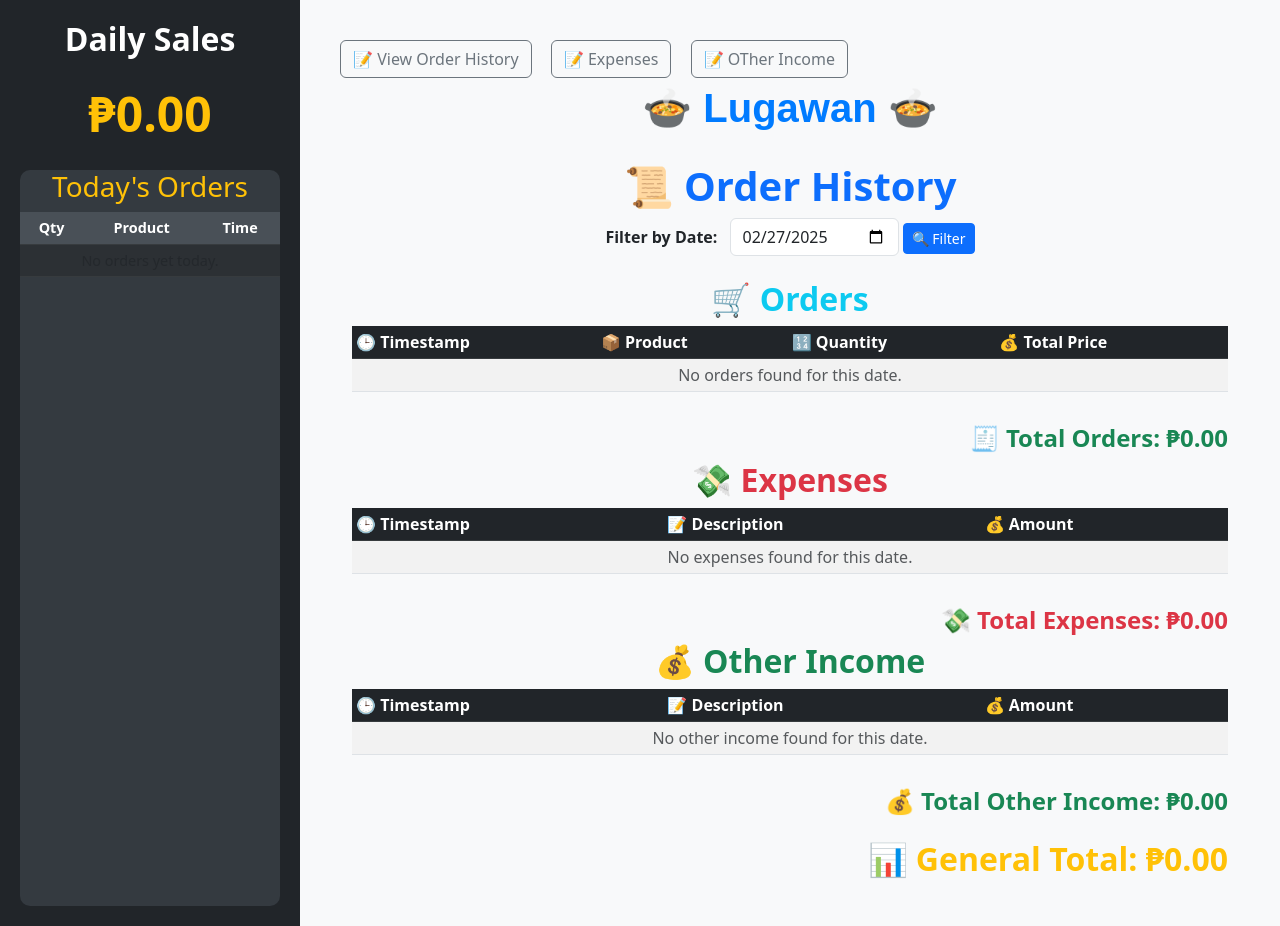
Repository: Jijiluzana225/lugawan_pitlane
Page: http://localhost/order-history/
The author's editor kept a copy of each file at every save. The page is drawn from the files as they stood at one save, then again after the next save.
The browser window is 1280 px wide. The pictures show the whole page.
The page is served by the project's application, run on Django 5.2 (manage.py). Other server files are loaded and not shown. Queries for data that is not in the repository find no rows.

Above is the page before, as saved 2025-03-07 09:25:50.

### pos/templates/pos/order_history.html
{% extends 'pos/base.html' %}

{% block title %}Order History - Lugaw Cafe{% endblock %}

{% block content %}
<div class="container mt-4">
    <h1 class="text-center text-primary fw-bold">📜 Order History</h1>

    <!-- Date Filter Form -->
    <form method="get" action="{% url 'order_history' %}" class="text-center mb-4">
        <label for="date" class="fw-bold me-2">Filter by Date:</label>
        <input type="date" name="date" id="date" value="{{ selected_date }}" class="form-control d-inline-block w-auto">
        <button type="submit" class="btn btn-primary btn-sm">🔍 Filter</button>
    </form>

    <!-- Orders Table -->
    <div class="table-responsive" style="max-height: 300px; overflow-y: auto;">
        <h2 class="text-center text-info fw-bold">🛒 Orders</h2>
        <table class="table table-striped table-hover table-sm">
            <thead class="table-dark position-sticky top-0">
                <tr>
                    <th>🕒 Timestamp</th>
                    <th>📦 Product</th>
                    <th>🔢 Quantity</th>
                    <th>💰 Total Price</th>
                </tr>
            </thead>
            <tbody>
                {% for order in orders %}
                    <tr>
                        <td>{{ order.datetimestamp|date:"Y-m-d H:i:s" }}</td>
                        <td>{{ order.product.name }}</td>
                        <td>{{ order.quantity }}</td>
                        <td>₱{{ order.total_price|floatformat:2 }}</td>
                    </tr>
                {% empty %}
                    <tr>
                        <td colspan="4" class="text-center text-muted">No orders found for this date.</td>
                    </tr>
                {% endfor %}
            </tbody>
        </table>
    </div>

    <div class="text-end mt-3">
        <h4 class="text-success fw-bold">🧾 Total Orders: ₱{{ total_orders|floatformat:2 }}</h4>
    </div>

    <!-- Expenses Table -->
    <div class="table-responsive" style="max-height: 300px; overflow-y: auto;">
        <h2 class="text-center text-danger fw-bold">💸 Expenses</h2>
        <table class="table table-striped table-hover table-sm">
            <thead class="table-dark position-sticky top-0">
                <tr>
                    <th>🕒 Timestamp</th>
                    <th>📝 Description</th>
                    <th>💰 Amount</th>
                </tr>
            </thead>
            <tbody>
                {% for expense in expenses %}
                    <tr>
                        <td>{{ expense.datetimestamp|date:"Y-m-d H:i:s" }}</td>
                        <td>{{ expense.description }}</td>
                        <td>₱{{ expense.amount|floatformat:2 }}</td>
                    </tr>
                {% empty %}
                    <tr>
                        <td colspan="3" class="text-center text-muted">No expenses found for this date.</td>
                    </tr>
                {% endfor %}
            </tbody>
        </table>
    </div>

    <div class="text-end mt-3">
        <h4 class="text-danger fw-bold">💸 Total Expenses: ₱{{ total_expenses|floatformat:2 }}</h4>
    </div>

    <!-- Other Income Table -->
    <div class="table-responsive" style="max-height: 300px; overflow-y: auto;">
        <h2 class="text-center text-success fw-bold">💰 Other Income</h2>
        <table class="table table-striped table-hover table-sm">
            <thead class="table-dark position-sticky top-0">
                <tr>
                    <th>🕒 Timestamp</th>
                    <th>📝 Description</th>
                    <th>💰 Amount</th>
                </tr>
            </thead>
            <tbody>
                {% for income in other_income %}
                    <tr>
                        <td>{{ income.datetimestamp|date:"Y-m-d H:i:s" }}</td>
                        <td>{{ income.description }}</td>
                        <td>₱{{ income.amount|floatformat:2 }}</td>
                    </tr>
                {% empty %}
                    <tr>
                        <td colspan="3" class="text-center text-muted">No other income found for this date.</td>
                    </tr>
                {% endfor %}
            </tbody>
        </table>
    </div>

    <div class="text-end mt-3">
        <h4 class="text-success fw-bold">💰 Total Other Income: ₱{{ total_other_income|floatformat:2 }}</h4>
    </div>

    <!-- General Total Section -->
    <div class="text-end mt-4">
        <h2 class="text-warning fw-bold">📊 General Total: ₱{{ general_total|floatformat:2 }}</h2>
    </div>
</div>
{% endblock %}

### pos/templates/pos/base.html
<!DOCTYPE html>
<html lang="en">
<head>
    <meta charset="UTF-8">
    <meta name="viewport" content="width=device-width, initial-scale=1.0">
    <title>{% block title %}Lugaw Cafe POS{% endblock %}</title>

    <!-- Bootstrap CSS -->
    <link href="https://cdnjs.cloudflare.com/ajax/libs/bootstrap/5.3.0/css/bootstrap.min.css" rel="stylesheet">

    <style>
        /* General Styles */
        body {
            display: flex;
            min-height: 100vh;
            background-color: #f8f9fa;
            flex-direction: column;
        }

        /* Sidebar Styles */
        .sidebar {
            width: 100%;
            max-width: 320px;
            background: #212529;
            color: #fff;
            padding: 20px;
            display: flex;
            flex-direction: column;
        }

        .sidebar h2 {
            font-size: 2rem;
            text-align: center;
            margin-bottom: 20px;
            font-weight: bold;
        }

        .total-orders {
            font-size: 3rem;
            font-weight: bold;
            color: #ffc107;
            text-align: center;
        }

        /* Orders Table Styles */
        .orders-table {
            margin-top: 20px;
            background: #343a40;
            border-radius: 10px;
            padding: 0;
            overflow: hidden;
            display: flex;
            flex-direction: column;
            flex-grow: 1;
        }

        .scrollable-table {
            overflow-y: auto;
            flex-grow: 1;
            max-height: calc(100vh - 300px); /* Leaves room for header & total */
            margin-bottom: 20px;
        }

        .scrollable-table table {
            width: 100%;
            font-size: 0.9rem;
        }

        .scrollable-table th,
        .scrollable-table td {
            text-align: center;
            padding: 5px;
        }

        .scrollable-table thead th {
            position: sticky;
            top: 0;
            background: #495057;
            z-index: 1;
        }

        /* Main Content Styles */
        .main-content {
            flex: 1;
            padding: 20px;
        }

        nav a {
            margin-right: 15px;
            text-decoration: none;
            color: #212529;
            font-weight: bold;
        }

        .header-link {
            font-size: 2.5rem;
            font-family: 'Arial', sans-serif;
            color: #007bff;
            text-decoration: none;
            text-align: center;
            display: block;
            font-weight: bold;
        }

        /* Catalog & Product Styles */
        .catalog {
            display: flex;
            flex-wrap: wrap;
            gap: 20px;
            justify-content: center;
        }

        .product {
            border: 1px solid #ccc;
            padding: 15px;
            width: 200px;
            text-align: center;
            background-color: #ffffff;
            border-radius: 12px;
            box-shadow: 0 4px 12px rgba(0, 0, 0, 0.1);
            transition: transform 0.2s ease-in-out, box-shadow 0.2s ease-in-out;
        }

        .product:hover {
            transform: scale(1.05);
            box-shadow: 0 8px 16px rgba(0, 0, 0, 0.15);
        }

        .product h3 {
            margin: 0;
            font-size: 1.2rem;
            color: #212529;
        }

        .product p {
            margin: 5px 0;
        }

        .btn-add {
            background-color: #28a745;
            color: white;
            border: none;
            padding: 8px 12px;
            border-radius: 8px;
            transition: background-color 0.2s ease-in-out;
        }

        .btn-add:hover {
            background-color: #218838;
        }

        /* Responsive Design for Tablet Screens */
        @media (min-width: 768px) {
            body {
                flex-direction: row;
            }

            .sidebar {
                width: 300px;
            }

            .main-content {
                padding: 40px;
            }
        }
    </style>
</head>
<body>

    <!-- Sidebar with total orders and order table -->
    <div class="sidebar">
        <h2>Daily Sales</h2>
        <div class="total-orders">
            ₱{{ total_sales|default:"0.00" }}
        </div>

        <div class="orders-table">
            <h3 class="text-center text-warning">Today's Orders</h3>

            <div class="scrollable-table">
                <table class="table table-dark table-striped">
                    <thead>
                        <tr>
                            <th>Qty</th>
                            <th>Product</th>
                            <th>Time</th>
                        </tr>
                    </thead>
                    <tbody>
                        {% for order in todays_orders %}
                            <tr>
                                <td>{{ order.quantity }}</td>
                                <td>{{ order.product.name }}</td>
                                <td>{{ order.datetimestamp|time:"h:i A" }}</td>
                            </tr>
                        {% empty %}
                            <tr>
                                <td colspan="3" class="text-center text-muted">No orders yet today.</td>
                            </tr>
                        {% endfor %}
                    </tbody>
                </table>
            </div>
        </div>
    </div>

    <!-- Main Content Area -->
    <div class="main-content">
        <nav>
            <a href="{% url 'order_history' %}" class="btn btn-outline-secondary">📝 View Order History</a>
            <a href="{% url 'expense_list' %}" class="btn btn-outline-secondary ">📝 Expenses</a>
            <a href="{% url 'other_income_list' %}" class="btn btn-outline-secondary ">📝 OTher Income</a>
        </nav>

        <a href="{% url 'catalog' %}" class="header-link">🍲 Lugawan 🍲</a>

        {% block content %}{% endblock %}
    </div>

</body>
</html>

### pos/views.py

from django.shortcuts import render
from django.db.models import Sum, F
from django.utils.timezone import activate, localtime, now
from datetime import date
from .models import Product, OrderItem, Category

def catalog(request):
    # Set timezone to Philippines
    activate('Asia/Manila')

    # Get today's date in local timezone
    local_now = localtime(now())
    local_today = local_now.date()

    # Calculate total sales for the day from OrderItem model
    total_sales = OrderItem.objects.filter(
        datetimestamp__date=local_today
    ).annotate(
        total_price=F('product__price') * F('quantity')  # Calculate total price per item
    ).aggregate(
        total=Sum('total_price')
    )['total'] or 0

    # Fetch categories
    categories = Category.objects.prefetch_related('product_set').all()

    # Fetch today's orders, ensuring timestamps are converted to local time
    todays_orders = OrderItem.objects.filter(
        datetimestamp__date=local_today
    ).select_related('product').order_by('-datetimestamp')

    return render(request, 'pos/catalog.html', {
        'categories': categories,
        'total_sales': total_sales,
        'todays_orders': todays_orders
    })

from django.shortcuts import redirect, get_object_or_404
from django.utils.timezone import now
from .models import Product, OrderItem

def add_to_order(request):
    if request.method == 'POST':
        product_id = request.POST.get('product_id')
        quantity = int(request.POST.get('quantity', 1))  # Get quantity, default to 1 if missing
        product = get_object_or_404(Product, id=product_id)

        # Always create a new OrderItem record with the provided quantity
        OrderItem.objects.create(
            product=product,
            quantity=quantity,
            datetimestamp=now()
        )

    return redirect('catalog')


from django.shortcuts import render
from django.db.models import Sum, F
from django.utils.timezone import now
from datetime import date
from .models import Product, OrderItem

def menu(request):
    categories = Product.objects.select_related('category').all()

    # Calculate total sales for the day from OrderItem model
    today = date.today()
    total_sales = OrderItem.objects.filter(
        datetimestamp__date=today
    ).annotate(
        total_price=F('product__price') * F('quantity')  # Calculate total price per item
    ).aggregate(
        total=Sum('total_price')
    )['total'] or 0

    return render(request, 'pos/catalog.html', {
        'categories': categories,
        'total_sales': total_sales
    })
from django.shortcuts import render
from django.utils.timezone import localtime, now
from datetime import date
from .models import OrderItem, Expense, OtherIncome
from django.db.models import Sum, F

def order_history(request):
    selected_date = request.GET.get('date', str(date.today()))

    # Orders
    orders = OrderItem.objects.filter(datetimestamp__date=selected_date).select_related('product')
    total_orders = orders.annotate(total_price=F('product__price') * F('quantity')).aggregate(total=Sum('total_price'))['total'] or 0

    # Expenses
    expenses = Expense.objects.filter(datetimestamp__date=selected_date)
    total_expenses = expenses.aggregate(total=Sum('amount'))['total'] or 0

    # Other Income
    other_income = OtherIncome.objects.filter(datetimestamp__date=selected_date)
    total_other_income = other_income.aggregate(total=Sum('amount'))['total'] or 0

    # General Total (Orders + Other Income - Expenses)
    general_total = (total_orders + total_other_income) - total_expenses

    context = {
        'orders': orders,
        'total_orders': total_orders,
        'expenses': expenses,
        'total_expenses': total_expenses,
        'other_income': other_income,
        'total_other_income': total_other_income,
        'general_total': general_total,
        'selected_date': selected_date,
    }

    return render(request, 'pos/order_history.html', context)



from django.shortcuts import render
from .models import Expense, OtherIncome
from django.utils.timezone import localtime, now


# def expense_list(request):
#     local_now = localtime(now())
#     expenses = Expense.objects.all().order_by('-datetimestamp')
#     return render(request, 'pos/expenses.html', {'expenses': expenses, 'current_time': local_now})


# def other_income_list(request):
#     local_now = localtime(now())
#     other_income = OtherIncome.objects.all().order_by('-datetimestamp')
#     return render(request, 'pos/other_income.html', {'other_income': other_income, 'current_time': local_now})


from django.shortcuts import render, redirect, get_object_or_404
from .models import Expense
from .forms import ExpenseForm
from django.utils.timezone import localtime, now


def expense_list(request):
    local_now = localtime(now())
    expenses = Expense.objects.all().order_by('-datetimestamp')
    return render(request, 'pos/expenses.html', {'expenses': expenses, 'current_time': local_now})


def add_expense(request):
    if request.method == 'POST':
        form = ExpenseForm(request.POST)
        if form.is_valid():
            form.save()
            return redirect('expense_list')
    else:
        form = ExpenseForm()
    return render(request, 'pos/expense_form.html', {'form': form})


def edit_expense(request, expense_id):
    expense = get_object_or_404(Expense, id=expense_id)
    if request.method == 'POST':
        form = ExpenseForm(request.POST, instance=expense)
        if form.is_valid():
            form.save()
            return redirect('expense_list')
    else:
        form = ExpenseForm(instance=expense)
    return render(request, 'pos/expense_form.html', {'form': form})


def delete_expense(request, expense_id):
    expense = get_object_or_404(Expense, id=expense_id)
    if request.method == 'POST':
        expense.delete()
        return redirect('expense_list')


from django.shortcuts import render, redirect, get_object_or_404
from .models import Expense, OtherIncome
from .forms import ExpenseForm, OtherIncomeForm
from django.utils.timezone import localtime, now


# Other Income Views
def other_income_list(request):
    local_now = localtime(now())
    other_income = OtherIncome.objects.all().order_by('-datetimestamp')
    return render(request, 'pos/other_income.html', {'other_income': other_income, 'current_time': local_now})


def add_other_income(request):
    if request.method == 'POST':
        form = OtherIncomeForm(request.POST)
        if form.is_valid():
            form.save()
            return redirect('other_income_list')
    else:
        form = OtherIncomeForm()
    return render(request, 'pos/other_income_form.html', {'form': form})


def edit_other_income(request, income_id):
    income = get_object_or_404(OtherIncome, id=income_id)
    if request.method == 'POST':
        form = OtherIncomeForm(request.POST, instance=income)
        if form.is_valid():
            form.save()
            return redirect('other_income_list')
    else:
        form = OtherIncomeForm(instance=income)
    return render(request, 'pos/other_income_form.html', {'form': form})


def delete_other_income(request, income_id):
    income = get_object_or_404(OtherIncome, id=income_id)
    if request.method == 'POST':
        income.delete()
        return redirect('other_income_list')

### lugaw_pos/urls.py
from django.contrib import admin
from django.urls import path, include

urlpatterns = [
    path('admin/', admin.site.urls),
    path('', include('pos.urls')),
]

### pos/urls.py
from django.urls import path
from . import views

urlpatterns = [
    path('menu/', views.menu, name='menu'),

    path('', views.catalog, name='catalog'),  # New catalog page
    path('add-to-order/', views.add_to_order, name='add_to_order'),  # New URL for adding to order
    path('order-history/', views.order_history, name='order_history'),

    path('expenses/', views.expense_list, name='expense_list'),
    path('expenses/add/', views.add_expense, name='add_expense'),
    path('expenses/edit/<int:expense_id>/', views.edit_expense, name='edit_expense'),
    path('expenses/delete/<int:expense_id>/', views.delete_expense, name='delete_expense'),

    path('other-income/', views.other_income_list, name='other_income_list'),
    path('other-income/add/', views.add_other_income, name='add_other_income'),
    path('other-income/edit/<int:income_id>/', views.edit_other_income, name='edit_other_income'),
    path('other-income/delete/<int:income_id>/', views.delete_other_income, name='delete_other_income'),

]

After the next save:
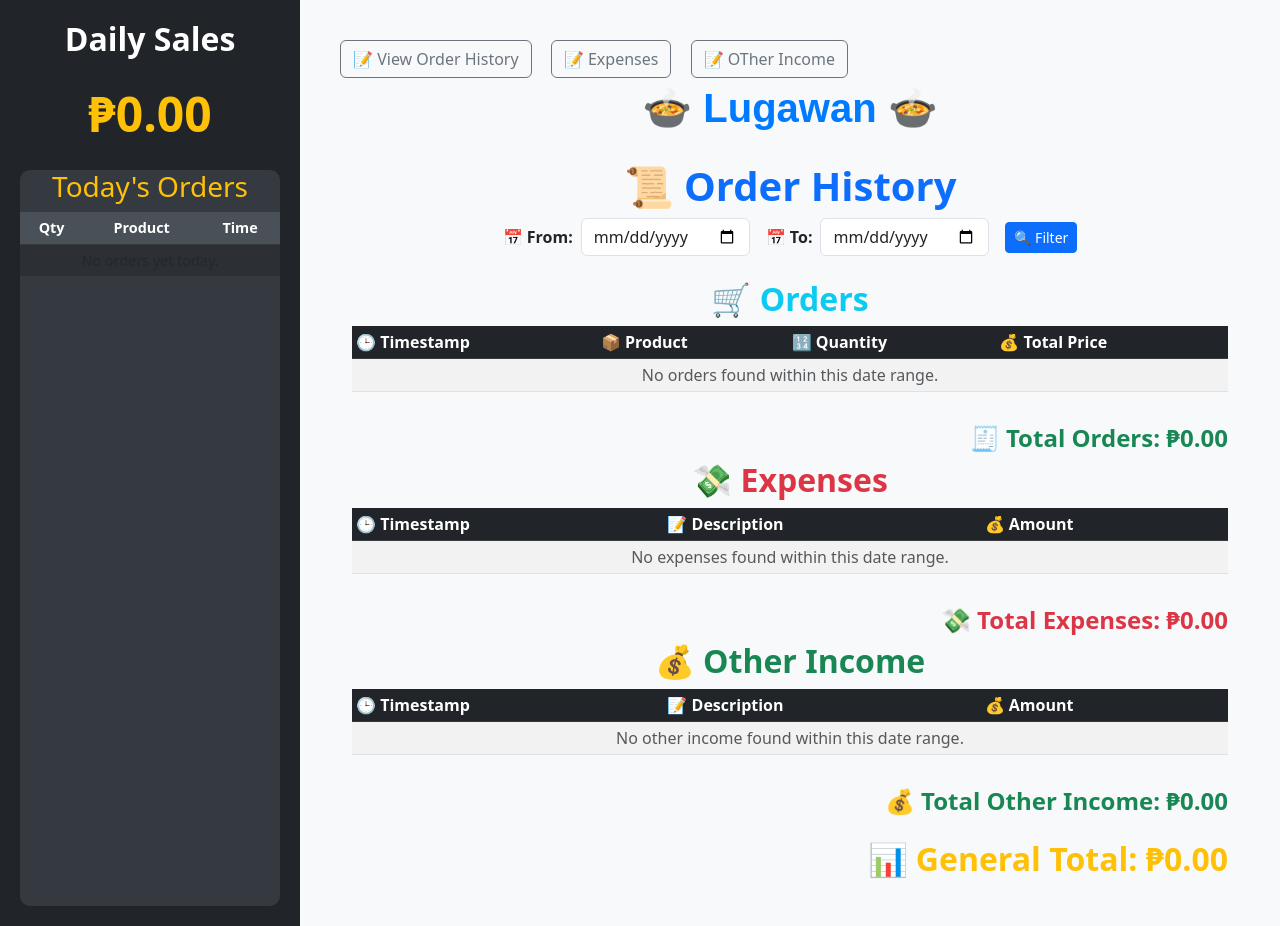
Saved 28 min 42 s later.
--- a/pos/templates/pos/order_history.html
+++ b/pos/templates/pos/order_history.html
@@ -6,10 +6,14 @@
 <div class="container mt-4">
     <h1 class="text-center text-primary fw-bold">📜 Order History</h1>
 
-    <!-- Date Filter Form -->
-    <form method="get" action="{% url 'order_history' %}" class="text-center mb-4">
-        <label for="date" class="fw-bold me-2">Filter by Date:</label>
-        <input type="date" name="date" id="date" value="{{ selected_date }}" class="form-control d-inline-block w-auto">
+    <!-- Date Range Filter Form -->
+    <form method="get" action="{% url 'order_history' %}" class="text-center mb-4 d-flex justify-content-center align-items-center">
+        <label for="start_date" class="fw-bold me-2">📅 From:</label>
+        <input type="date" name="start_date" id="start_date" value="{{ start_date }}" class="form-control d-inline-block w-auto me-3">
+
+        <label for="end_date" class="fw-bold me-2">📅 To:</label>
+        <input type="date" name="end_date" id="end_date" value="{{ end_date }}" class="form-control d-inline-block w-auto me-3">
+
         <button type="submit" class="btn btn-primary btn-sm">🔍 Filter</button>
     </form>
 
@@ -35,7 +39,7 @@
                     </tr>
                 {% empty %}
                     <tr>
-                        <td colspan="4" class="text-center text-muted">No orders found for this date.</td>
+                        <td colspan="4" class="text-center text-muted">No orders found within this date range.</td>
                     </tr>
                 {% endfor %}
             </tbody>
@@ -66,7 +70,7 @@
                     </tr>
                 {% empty %}
                     <tr>
-                        <td colspan="3" class="text-center text-muted">No expenses found for this date.</td>
+                        <td colspan="3" class="text-center text-muted">No expenses found within this date range.</td>
                     </tr>
                 {% endfor %}
             </tbody>
@@ -97,7 +101,7 @@
                     </tr>
                 {% empty %}
                     <tr>
-                        <td colspan="3" class="text-center text-muted">No other income found for this date.</td>
+                        <td colspan="3" class="text-center text-muted">No other income found within this date range.</td>
                     </tr>
                 {% endfor %}
             </tbody>
